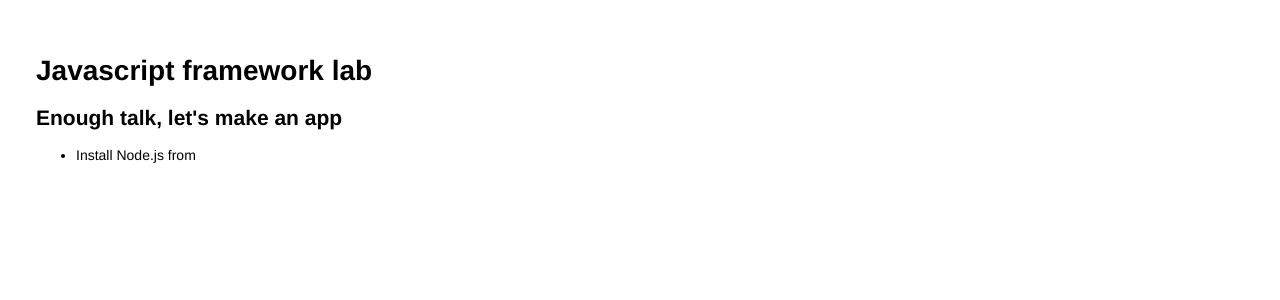
Repository: alboss/bit-175
Page: docs/js-framework.html
An editor plug-in stored every save of this project. The page is shown before and after a run of saves, followed by the edit.
The browser window is 1280 px wide. The pictures show the whole page.

Above is the page before, as saved 2023-05-11 11:53:31.

After the next 2 saves:
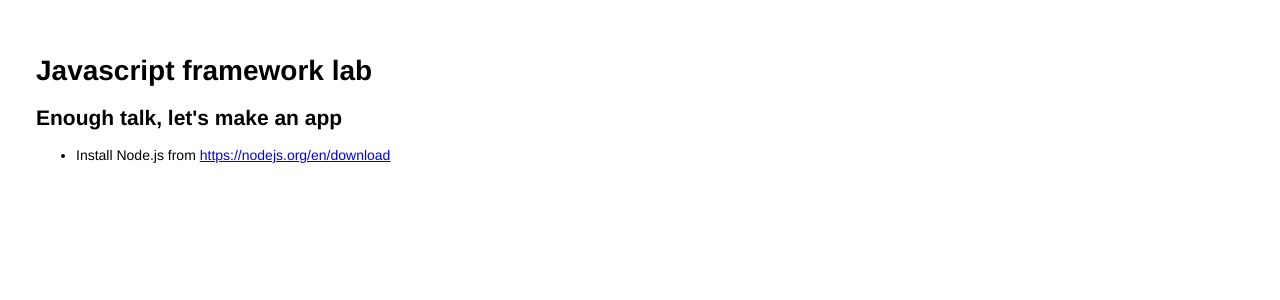
The 2 saves are shown as one change because they came seconds apart.
The last was saved 9 s later.
--- a/docs/js-framework.html
+++ b/docs/js-framework.html
@@ -16,7 +16,7 @@
     <main>
 <h2>Enough talk, let's make an app</h2>
 <ul>
-    <li>Install Node.js from <a href="</li>
+    <li>Install Node.js from <a href="https://nodejs.org/en/download">https://nodejs.org/en/download</a></li>
 </ul>
 
 
